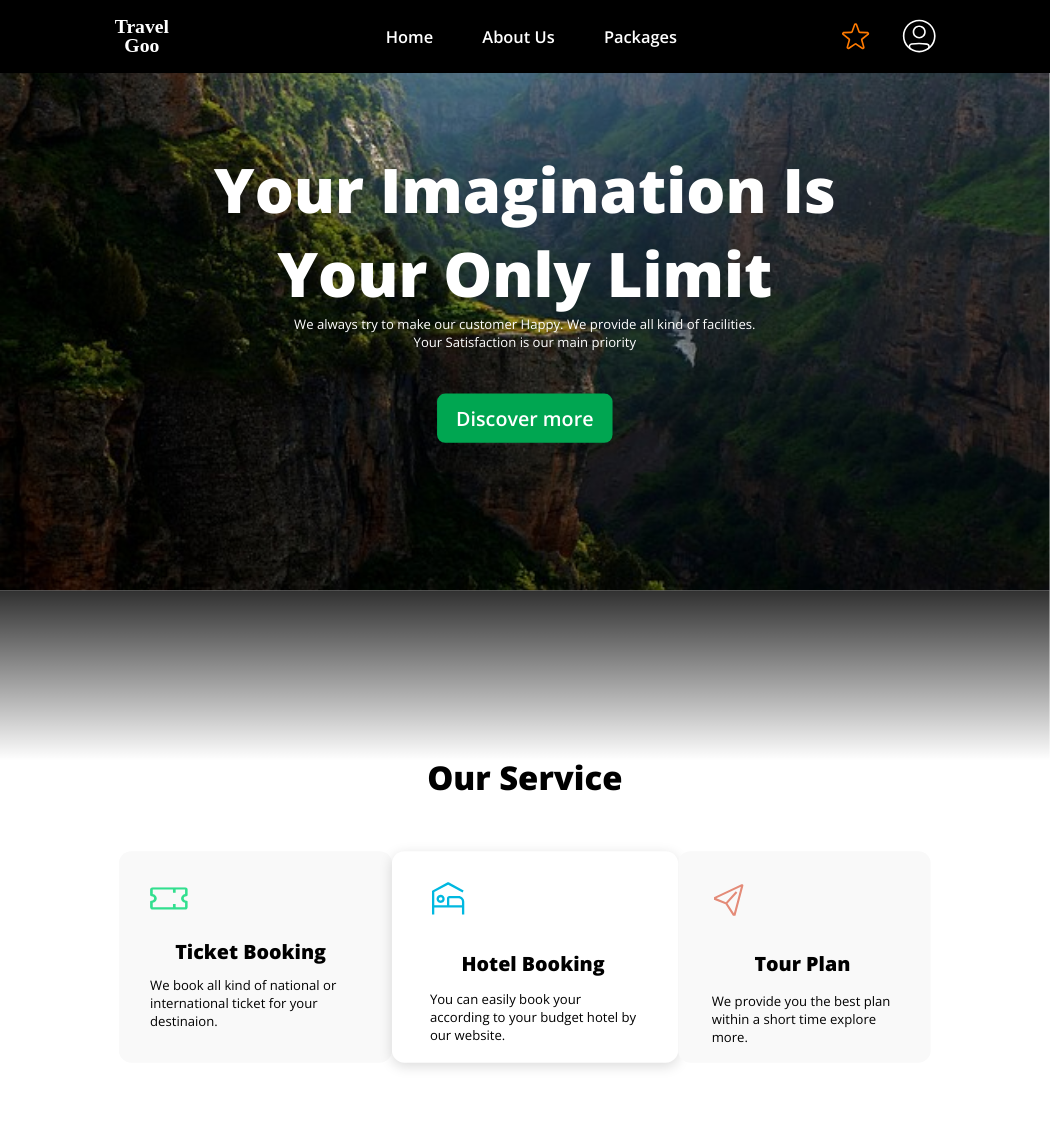
Repository: simralgasimov/back-project
Page: index.html
These files come from the project's save history. The page is drawn as it stood at one moment and after a run of saves; the edit follows.
The browser window is 1280 px wide. The pictures show the whole page, at 82% of full size.
Some web fonts or font styles are not loaded; a fallback is used.

Above is the page before, as saved 2023-09-27 13:49:42.

After the next 2 saves:
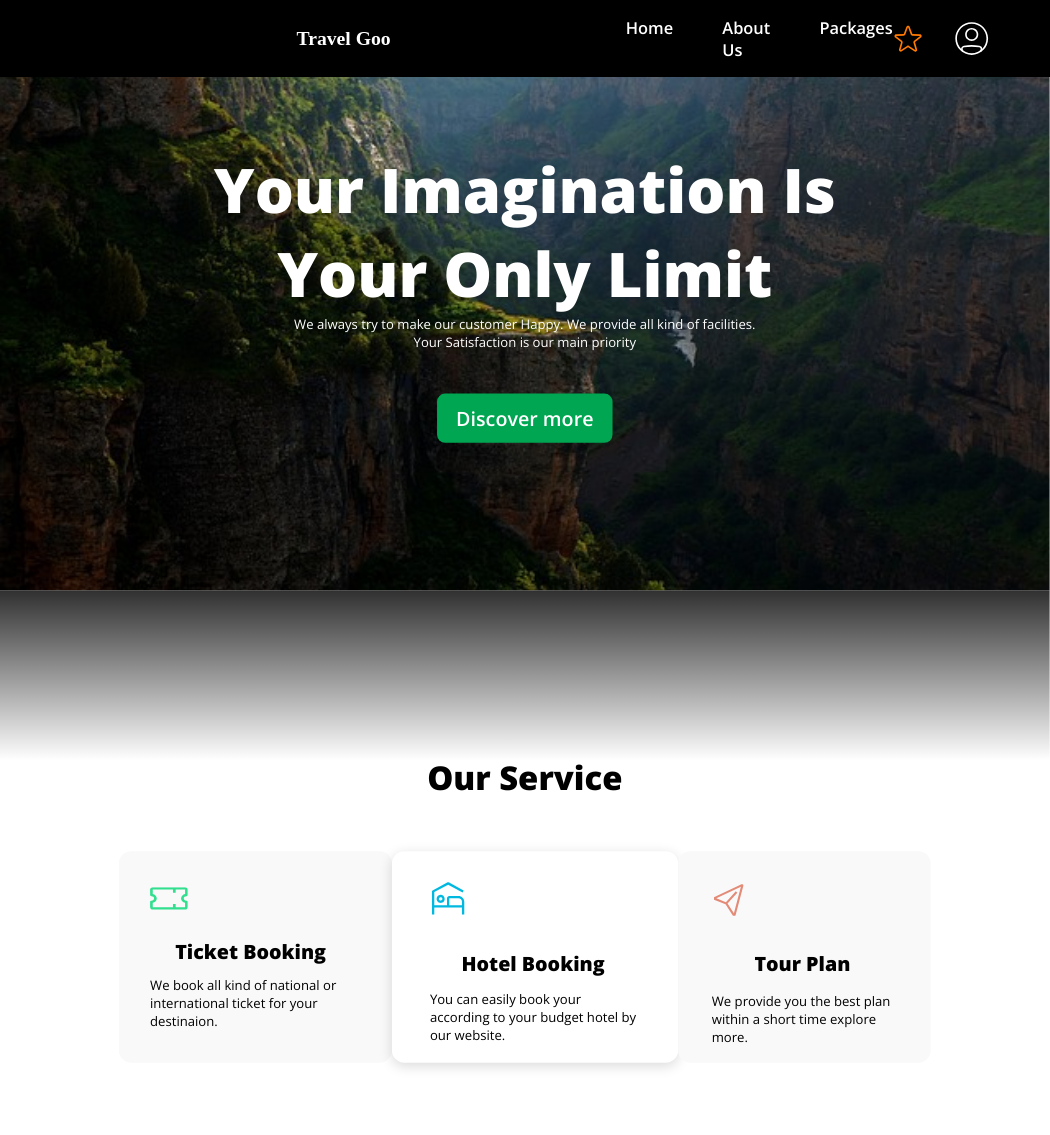
The 2 saves are shown as one change because they came seconds apart.
The last was saved 9 s later.
--- a/index.css
+++ b/index.css
@@ -38,16 +38,7 @@
   background-size: 100% 100%;
 }
 .container .navbar .logo {
-  width: 76px;
-  color: #fff;
-  text-align: center;
-  font-family: Laila;
-  font-size: 24px;
-  font-style: normal;
-  font-weight: 700;
-  line-height: 102.5%; /* 24.6px */
-
-  color: #FFF;
+    color: #FFF;
 text-align: center;
 font-family: Laila;
 font-size: 24px;

After the save that followed:
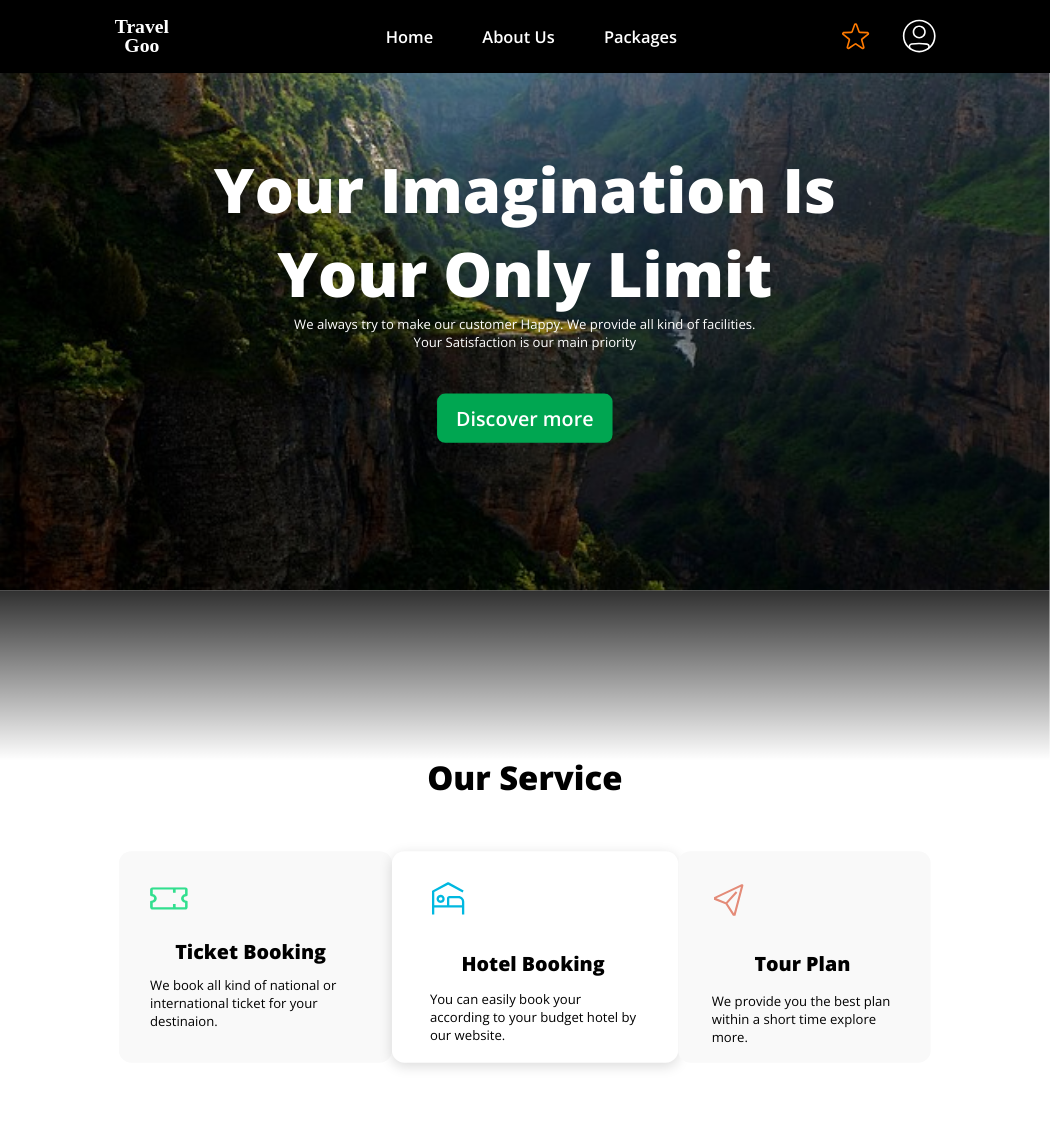
Saved 19 s later.
--- a/index.css
+++ b/index.css
@@ -38,7 +38,10 @@
   background-size: 100% 100%;
 }
 .container .navbar .logo {
-    color: #FFF;
+  width: 76px;
+
+
+  color: #FFF;
 text-align: center;
 font-family: Laila;
 font-size: 24px;
